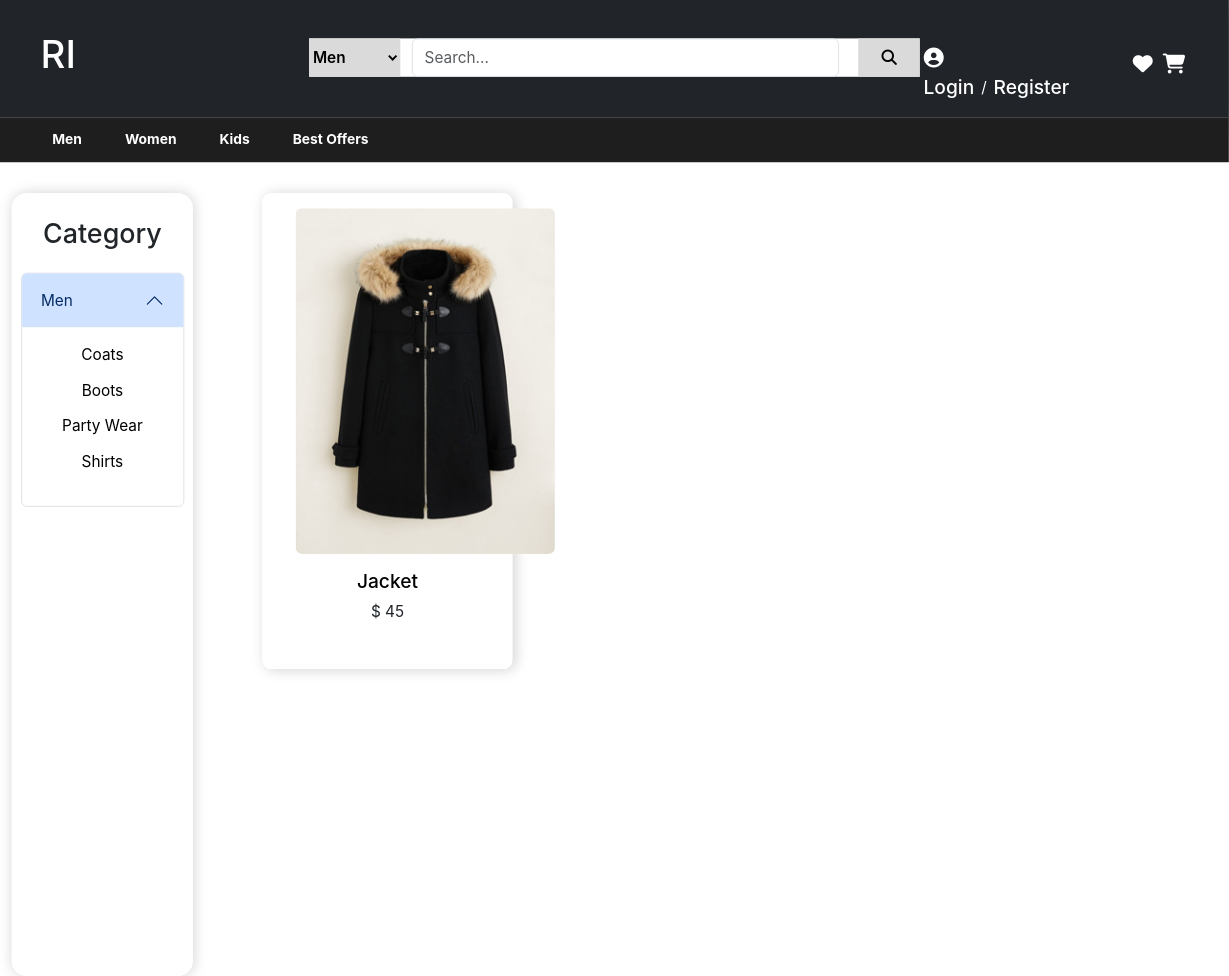
Repository: KodandaraoChellapilli/e-store
Page: /
These files come from the project's save history. The page is drawn as it stood at one moment and after the next save; the edit follows.
The browser window is 1280 px wide. The pictures show the whole page, at 96% of full size.
The project was rebuilt for these pictures with package versions that can differ from the ones it lists, and the page was loaded fresh each time. Also part of the build but not shown: src/App.css.

Above is the page before, as saved 2025-06-10 13:58:25.

After the next save:
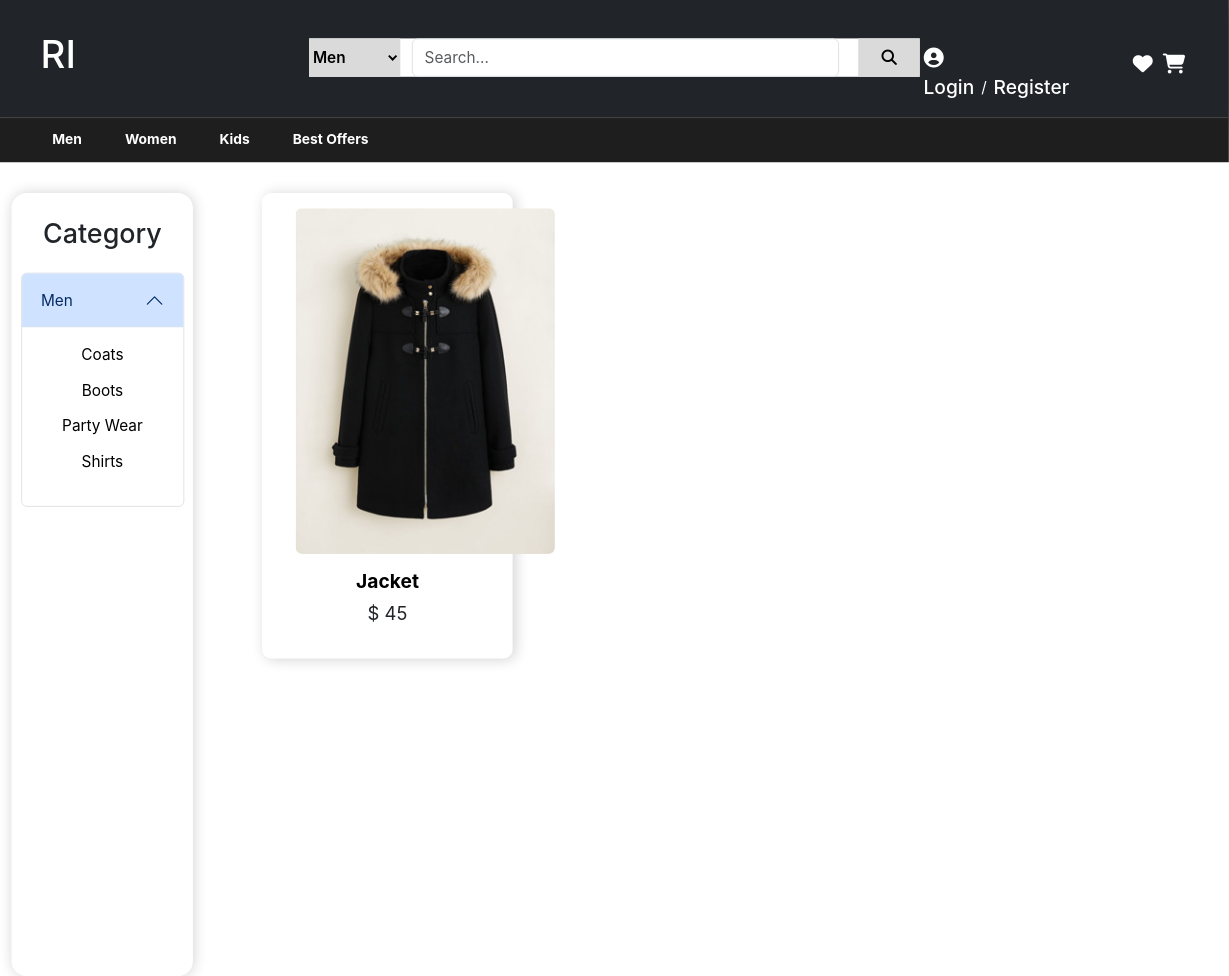
Saved 117 s later.
--- a/src/Components/Products/_products.scss
+++ b/src/Components/Products/_products.scss
@@ -20,4 +20,14 @@
         padding: 1em;
         text-align: center;
     }
+
+    h5{
+        font-weight: 700;
+    }
+
+    .product-price{
+        margin: 0;
+        font-weight: 400;
+        font-size: 1.2em;
+    }
 }
